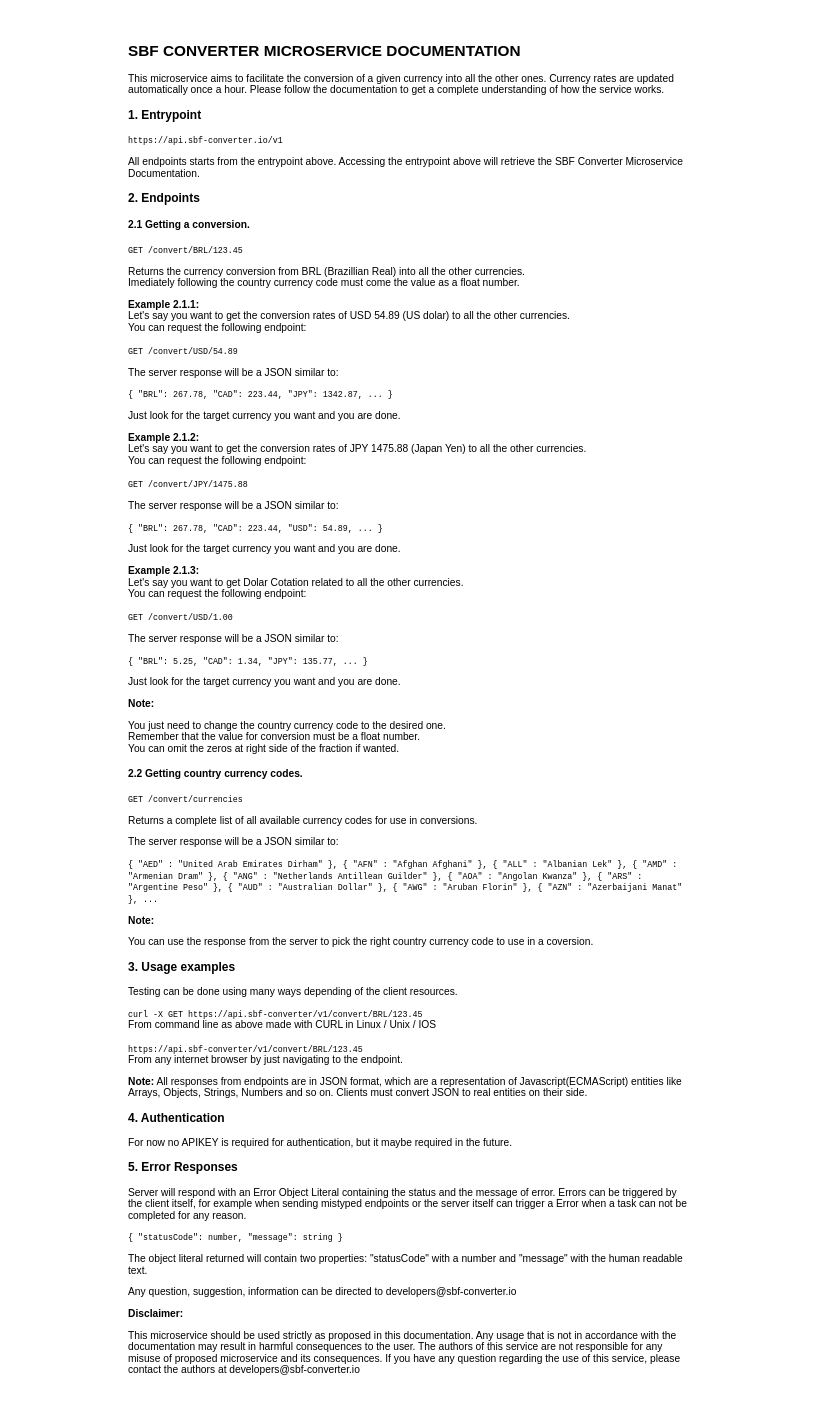
Repository: miguelamello/nestjs-restful-api
Page: documentation.html
The author's editor kept a copy of each file at every save. The page is drawn from the files as they stood at one save, then again after a run of saves.
The browser window is 1280 px wide. The pictures show the whole page, at 64% of full size.

Above is the page before, as saved 2023-03-23 11:30:29.

After the next 3 saves:
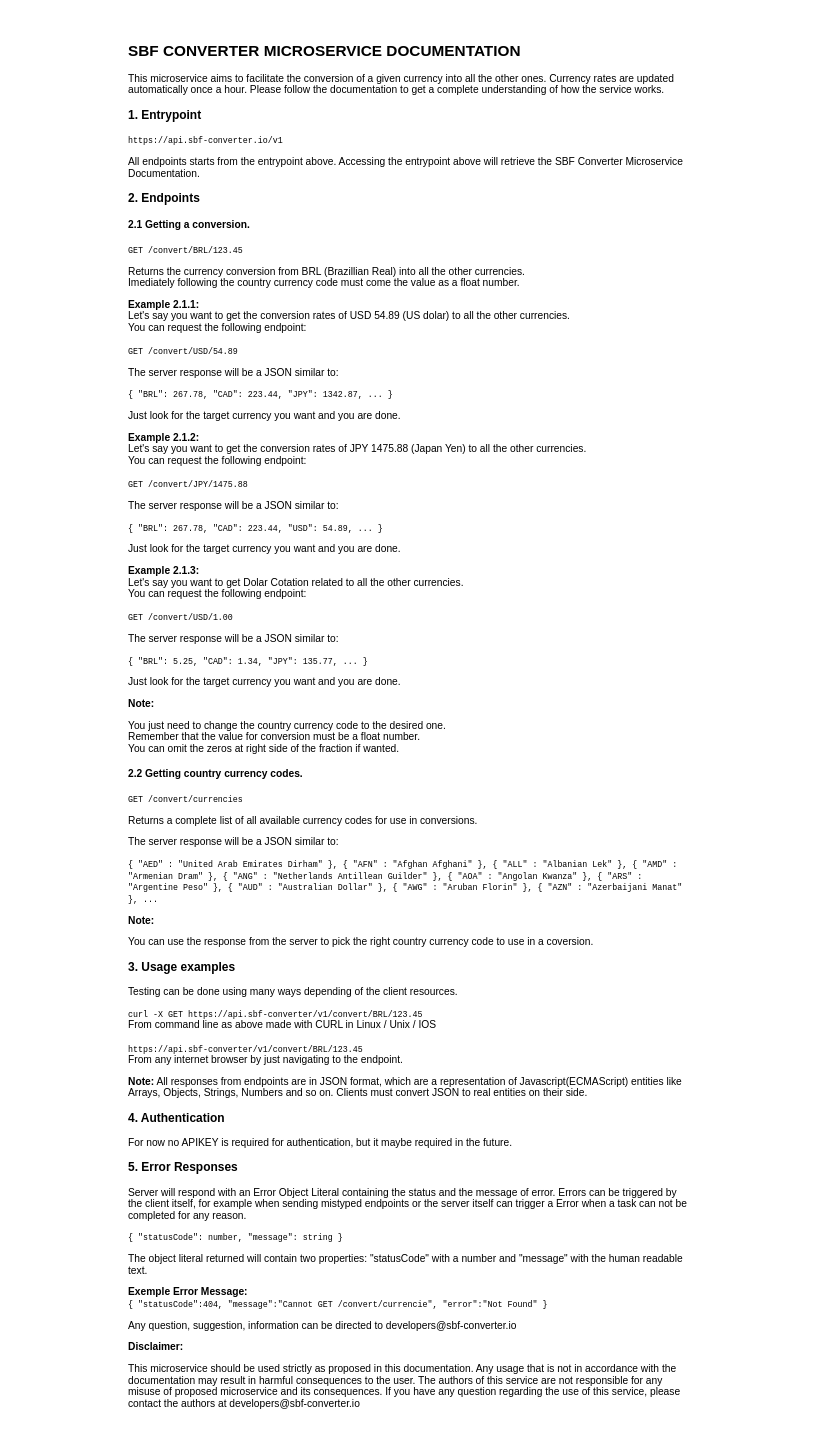
The 3 saves are shown as one change because they came seconds apart.
The last was saved 9 s later.
--- a/documentation.html
+++ b/documentation.html
@@ -146,9 +146,12 @@
     </div>
   </p>
 
-
-
-
+  <p>
+    <div><b>Exemple Error Message:</b></div>
+    <code>
+      { "statusCode":404, "message":"Cannot GET /convert/currencie", "error":"Not Found" }
+    </code>
+  </p>
 
   <p>Any question, suggestion, information can be directed to developers@sbf-converter.io</p>
 
